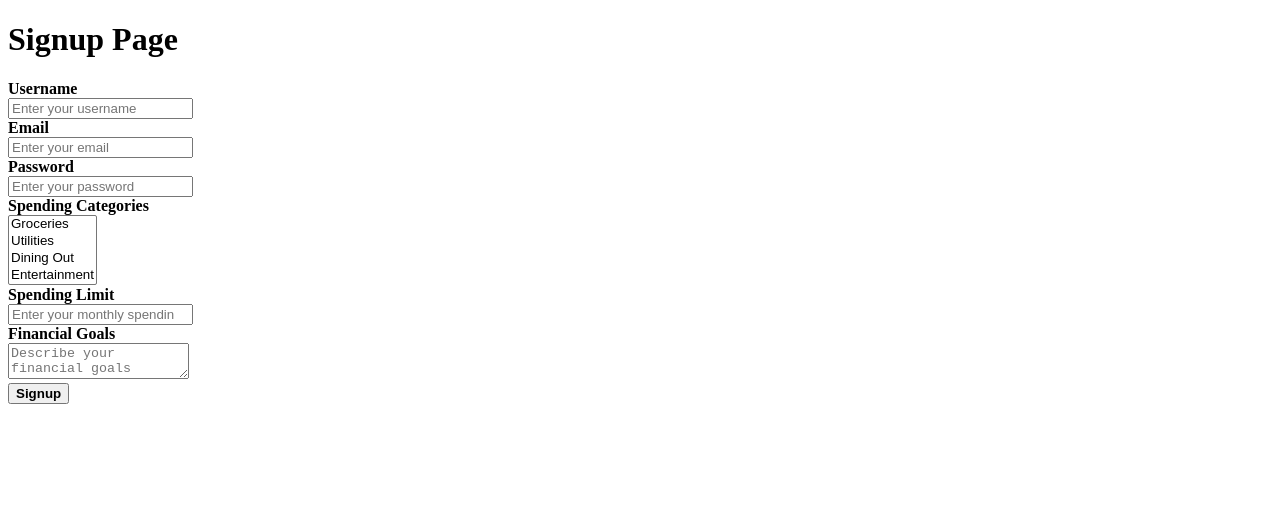
Repository: tommyshado/budget-buddy
Page: public/signup.html
An editor plug-in stored every save of this project. The page is shown before and after the next save, followed by the edit.
The browser window is 1280 px wide. The pictures show the whole page.

Above is the page before, as saved 2023-12-07 12:14:25.

After the next save:
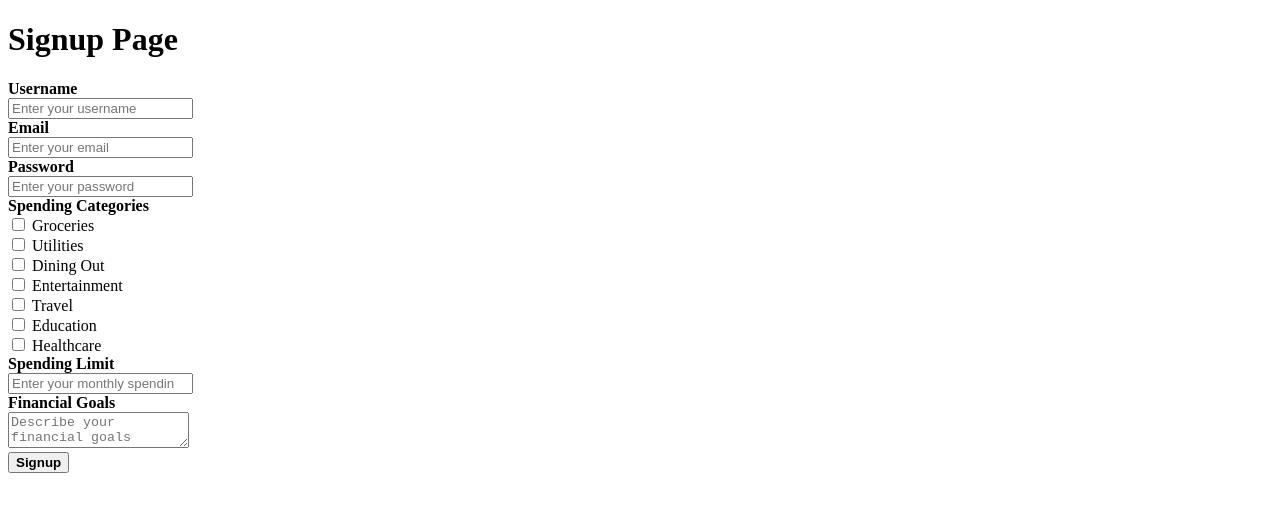
Saved 2 min 58 s later.
--- a/public/signup.html
+++ b/public/signup.html
@@ -42,15 +42,30 @@
 
                 <!-- Spending Categories -->
                 <div>
-                    <label for="categories"><strong>Spending Categories</strong></label>
+                    <label><strong>Spending Categories</strong></label>
                     <div>
-                        <select name="categories" class="categories" multiple required>
-                            <option value="groceries">Groceries</option>
-                            <option value="utilities">Utilities</option>
-                            <option value="dining">Dining Out</option>
-                            <option value="entertainment">Entertainment</option>
-                            <!-- Add more options as needed -->
-                        </select>
+                        <input type="checkbox" id="groceries" name="categories" value="groceries">
+                        <label for="groceries">Groceries</label><br>
+
+                        <input type="checkbox" id="utilities" name="categories" value="utilities">
+                        <label for="utilities">Utilities</label><br>
+
+                        <input type="checkbox" id="dining" name="categories" value="dining">
+                        <label for="dining">Dining Out</label><br>
+
+                        <input type="checkbox" id="entertainment" name="categories" value="entertainment">
+                        <label for="entertainment">Entertainment</label><br>
+
+                        <input type="checkbox" id="travel" name="categories" value="travel">
+                        <label for="travel">Travel</label><br>
+
+                        <input type="checkbox" id="education" name="categories" value="education">
+                        <label for="education">Education</label><br>
+
+                        <input type="checkbox" id="healthcare" name="categories" value="healthcare">
+                        <label for="healthcare">Healthcare</label><br>
+
+                        <!-- Add more checkboxes as needed -->
                     </div>
                 </div>
 
